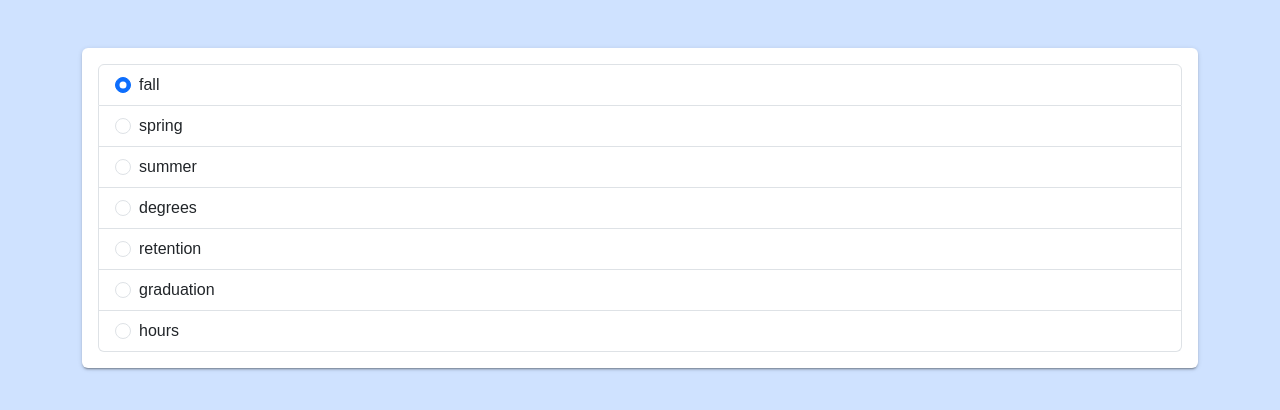
Repository: chancellor-w-whitaker/trying-context
Page: /
An editor plug-in stored every save of this project. The page is shown before and after the next save, followed by the edit.
The browser window is 1280 px wide. The pictures show the whole page.
The page's requests for data from a server got no answer. Some web fonts or font styles are not loaded; a fallback is used. The project was rebuilt for these pictures with package versions that can differ from the ones it lists, and the page was loaded fresh each time. No one was signed in, and anything a server would have sent is missing. Also part of the build but not shown: vite.config.js.

Above is the page before, as saved 2024-01-11 14:23:32.

After the next save:
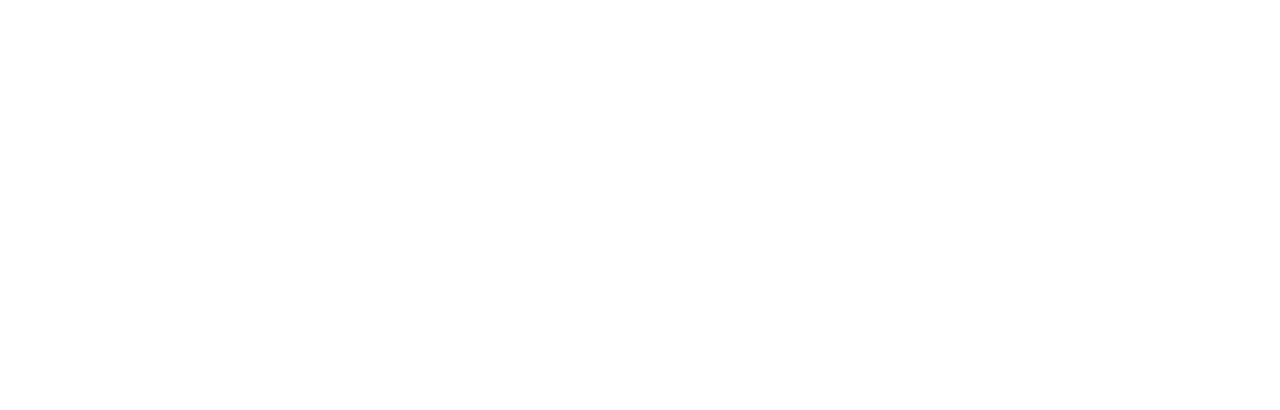
Console error: ReferenceError: Cannot access 'onBeforeEnd' before initialization
Saved 30 s later.
--- a/src/AppContextProvider.jsx
+++ b/src/AppContextProvider.jsx
@@ -69,55 +69,7 @@
     [setFileName]
   );
 
-  const onBeforeEnd = useCallback((data, setResult) => {
-    const fieldToColumn = {};
-
-    data.forEach((row) => {
-      Object.keys(row).forEach((field) => {
-        if (!(field in fieldToColumn)) {
-          fieldToColumn[field] = { values: new Set(), types: {} };
-        }
-
-        const { values, types } = fieldToColumn[field];
-
-        const value = row[field];
-
-        values.add(value);
-
-        const type = typeof value;
-
-        if (!(type in types)) types[type] = 0;
-
-        types[type] += 1;
-      });
-    });
-
-    const columns = Object.entries(fieldToColumn).map(
-      ([field, { values, types }]) => ({
-        type: Object.entries(types)
-          .sort((arrA, arrB) => arrB[1] - arrA[1])
-          .find(([type]) => type === "string" || type === "number")[0],
-        values: [...values].sort(),
-        field,
-      })
-    );
-
-    const textColumns = columns.filter(({ type }) => type === "string");
-
-    const fieldLists = Object.fromEntries(
-      textColumns.map(({ values, field }) => [field, values])
-    );
-
-    const initialFieldFilters = Object.fromEntries(
-      textColumns.map(({ values, field }) => [field, values])
-    );
-
-    setFieldFilters((thisState) =>
-      !thisState ? initialFieldFilters : thisState
-    );
-
-    setResult({ fieldLists, data });
-  }, []);
+  const onBeforeEnd = useCallback(onBeforeEnd(setFieldFilters), []);
 
   const result = useJSON(`data/${fileName}.json`, onBeforeEnd);
 

After the save that followed:
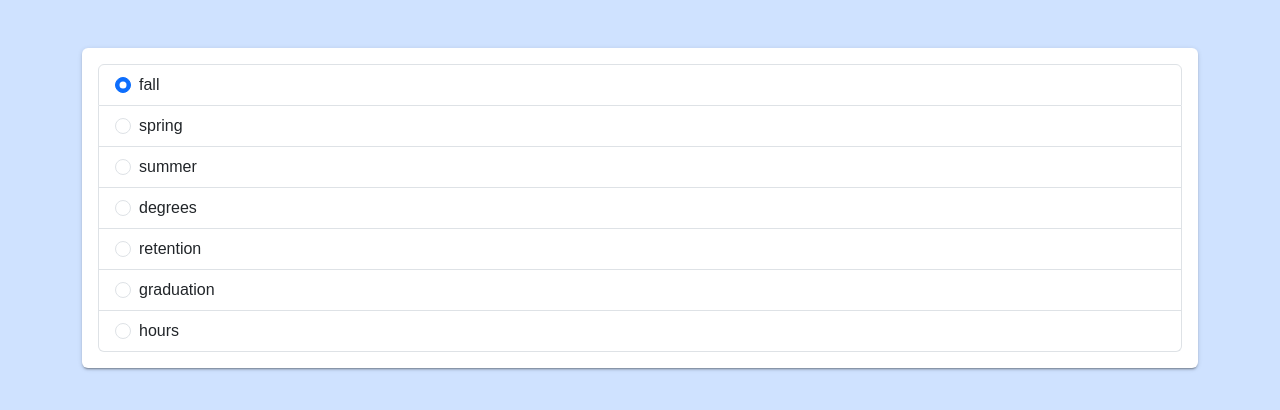
The error is gone.
Saved 24 s later.
--- a/src/AppContextProvider.jsx
+++ b/src/AppContextProvider.jsx
@@ -10,7 +10,7 @@
   return <AppContext.Provider value={value}>{children}</AppContext.Provider>;
 };
 
-const onBeforeEnd = (setFieldFilters) => (data, setResult) => {
+const onBeforeEndFn = (setFieldFilters) => (data, setResult) => {
   const fieldToColumn = {};
 
   data.forEach((row) => {
@@ -69,7 +69,7 @@
     [setFileName]
   );
 
-  const onBeforeEnd = useCallback(onBeforeEnd(setFieldFilters), []);
+  const onBeforeEnd = useCallback(onBeforeEndFn(setFieldFilters), []);
 
   const result = useJSON(`data/${fileName}.json`, onBeforeEnd);
 
